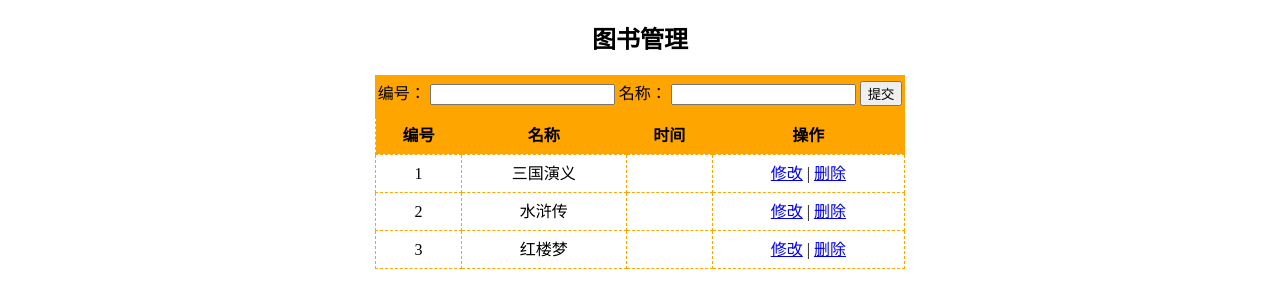
Repository: wjiawei97/FrontEndExercises
Page: 8. book_manegement/index.html
An editor plug-in stored every save of this project. The page is shown before and after the next save, followed by the edit.
The browser window is 1280 px wide. The pictures show the whole page.

Above is the page before, as saved 2021-08-22 12:24:53.

After the next save:
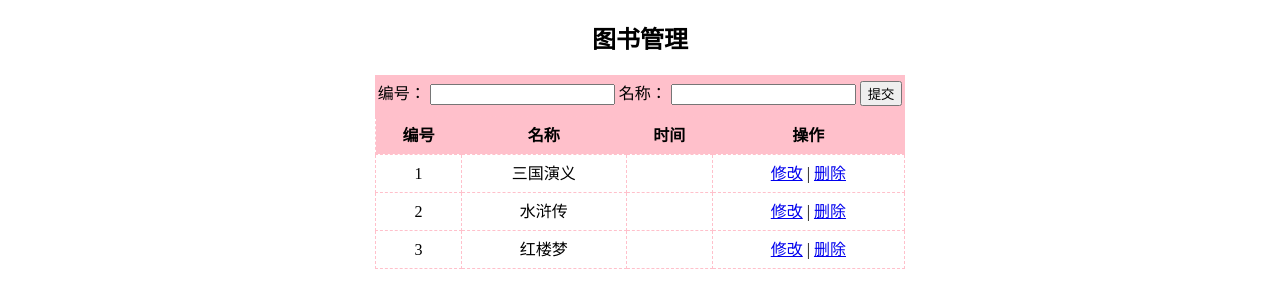
Saved 16 s later.
--- a/8. book_manegement/index.html
+++ b/8. book_manegement/index.html
@@ -16,15 +16,15 @@
             border-collapse: collapse;
         }
         .grid th{
-            background-color: orange;
+            background-color: pink;
         }
         .grid th,td{
-            border: 1px dashed orange;
+            border: 1px dashed pink;
             height: 35px;
             line-height: 35px;
         }
         .grid .book{
-            background-color: orange;
+            background-color: pink;
             padding: 5px 0 10px;
         }
     </style>
